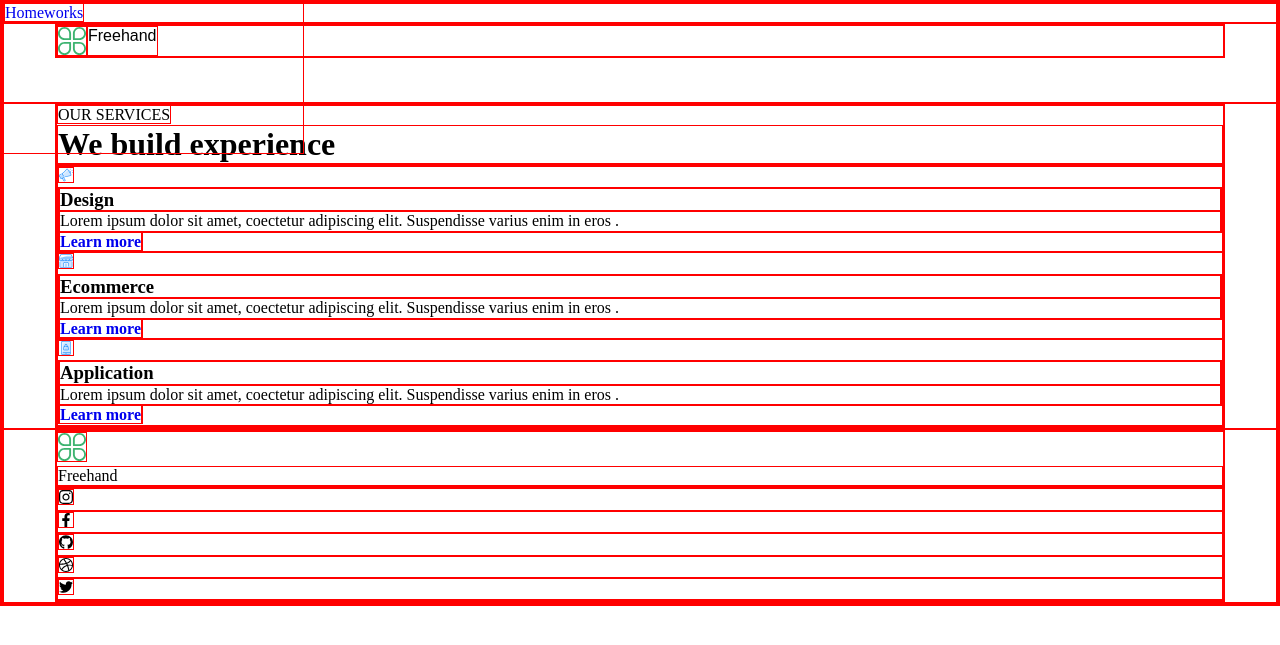
Repository: Tsiniavska/beetroot-test-project
Page: Homeworks/svg/index.html
An editor plug-in stored every save of this project. The page is shown before and after the next save, followed by the edit.
The browser window is 1280 px wide. The pictures show the whole page.
Some web fonts or font styles are not loaded; a fallback is used.

Above is the page before, as saved 2024-02-28 18:48:18.

After the next save:
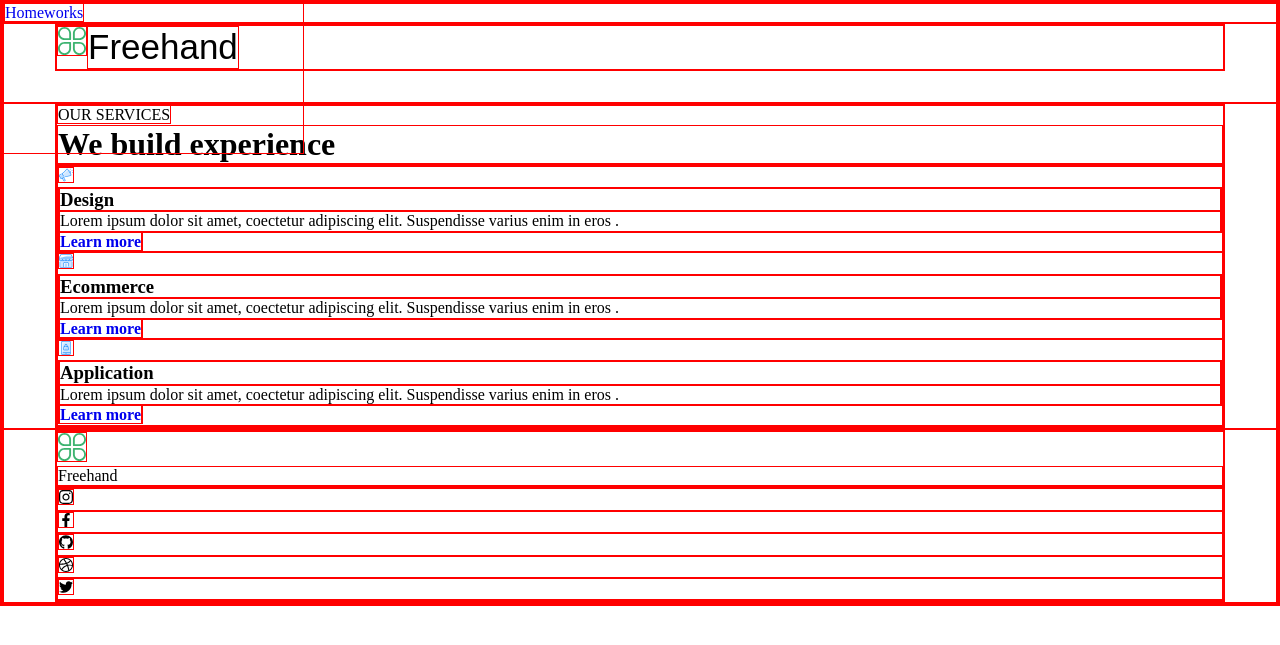
Saved 19 s later.
--- a/Homeworks/svg/index.css
+++ b/Homeworks/svg/index.css
@@ -21,4 +21,6 @@
 
 .header-title {
   font-family: var(--f-logo);
+  font-size: 35px;
+  line-height: ;
 }
